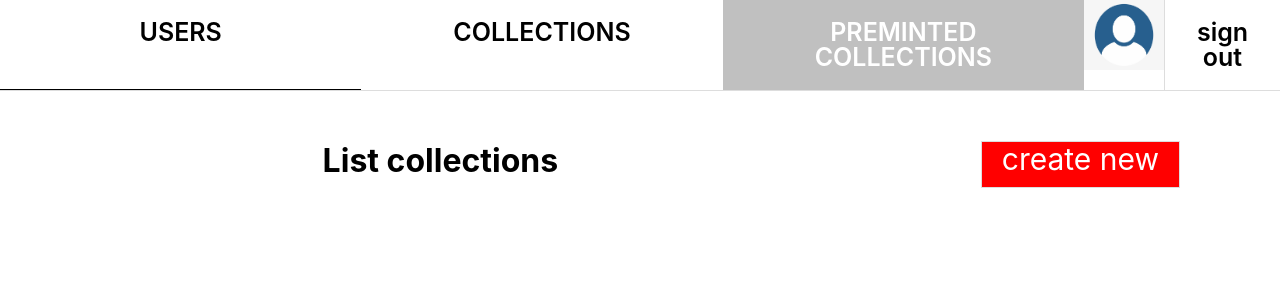
Repository: superHotBob/admin_nftillion
Page: /preminted
An editor plug-in stored every save of this project. The page is shown before and after the next save, followed by the edit.
The browser window is 1280 px wide. The pictures show the whole page.
The project was rebuilt for these pictures with package versions that can differ from the ones it lists, and the page was loaded fresh each time. Also part of the build but not shown: src/components/Login/styles.scss, src/components/Login/index.js, src/components/Users/index.js, src/components/Collections/styles.scss, src/components/Collections/index.js, src/components/CreateCollection/styles.scss, src/components/CreateCollection/index.js.

Above is the page before, as saved 2022-04-27 18:11:27.

After the next save:
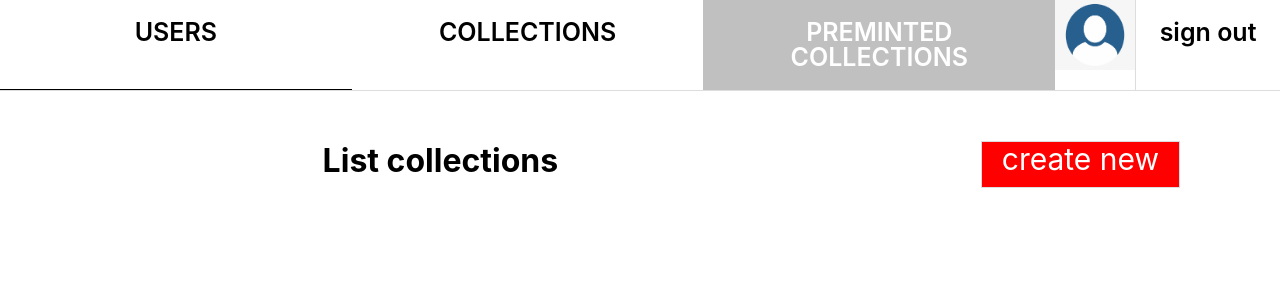
Saved 5 min 18 s later.
--- a/src/components/NavPanel/index.js
+++ b/src/components/NavPanel/index.js
@@ -53,7 +53,7 @@ export const NavPanel = () => {
         to="/"
         style={{
           display: "block",
-          width: "7%",
+          width: "10%",
           textDecoration: "none",
           padding: 20,
           color: '#000',
